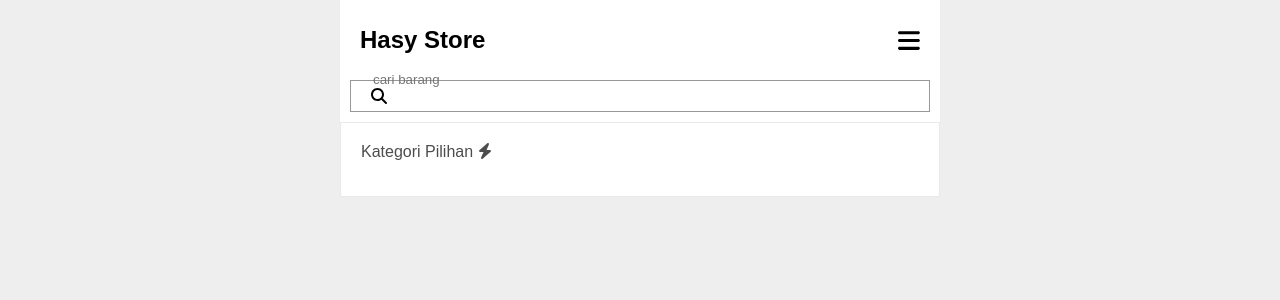
Repository: HabibAsyrof/project-akhir
Page: http://localhost/
These files come from the project's save history. The page is drawn as it stood at one moment and after the next save; the edit follows.
The browser window is 1280 px wide. The pictures show the whole page.
Some web libraries are served in a nearby version. The page is served by the project's Laravel application, run on PHP 8.4 with Laravel 12. Queries for data that is not in the repository find no rows.

Above is the page before, as saved 2024-10-15 08:53:16.

After the next save:
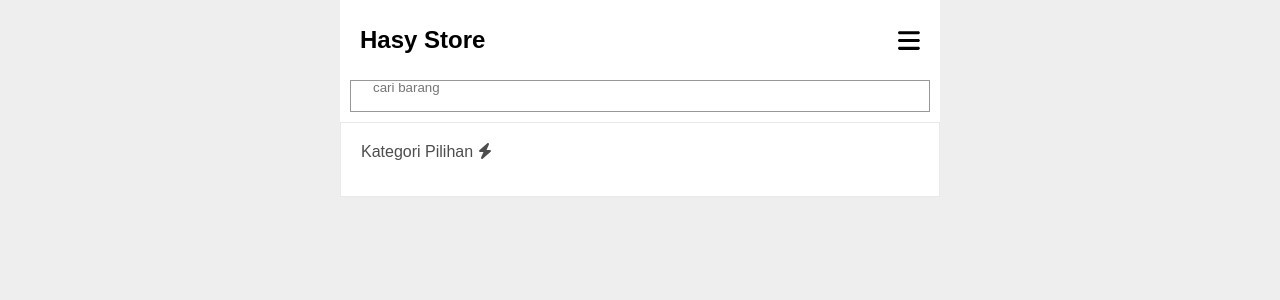
Saved 8 s later.
--- a/resources/views/components/search.blade.php
+++ b/resources/views/components/search.blade.php
@@ -1,7 +1,6 @@
 <div class="search animasi-cuy">
     <form action="/" method="GET">
         <input type="text" placeholder="cari barang" name="search">
-        <i class="fa-solid fa-magnifying-glass"></i>
         <button></button>
     </form>
 </div>

After the save that followed:
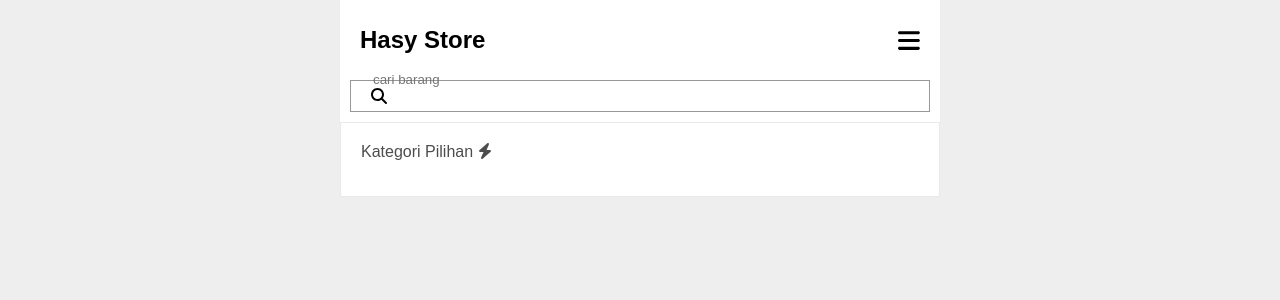
Saved 4 s later.
--- a/resources/views/components/search.blade.php
+++ b/resources/views/components/search.blade.php
@@ -1,6 +1,7 @@
 <div class="search animasi-cuy">
     <form action="/" method="GET">
         <input type="text" placeholder="cari barang" name="search">
+        <i class="fa-solid fa-magnifying-glass"></i>
         <button></button>
     </form>
 </div>
